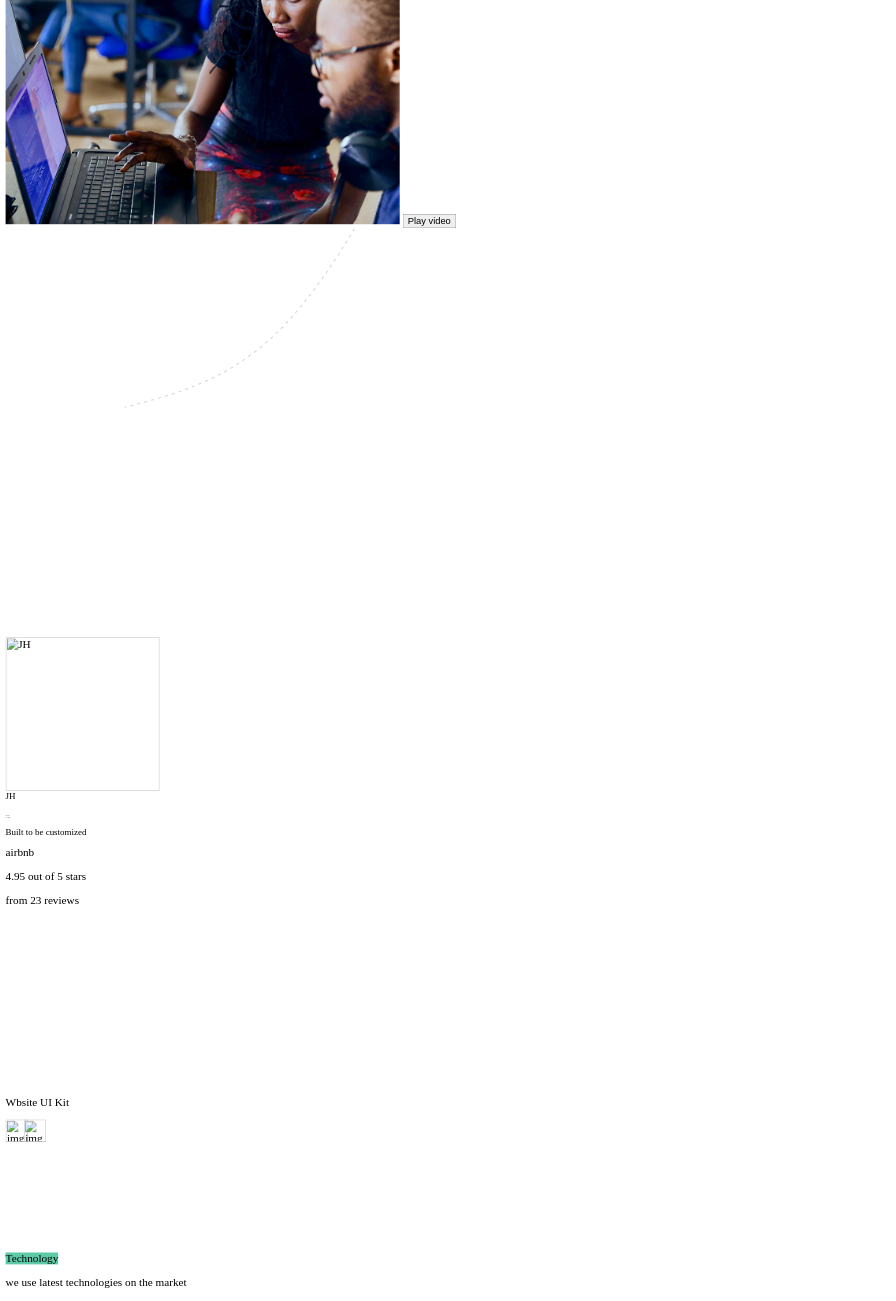
Repository: brandonc16/odoo-task
Page: components/hero.html
The author's editor kept a copy of each file at every save. The page is drawn from the files as they stood at one save, then again after the next save.
The browser window is 1280 px wide. The pictures show the part of the page from y = 1975 to 3895 px (the page is 3833 px tall before and 3895 px after), at 70% of full size.

Above is the page before, as saved 2026-03-16 03:01:56.

After the next save:
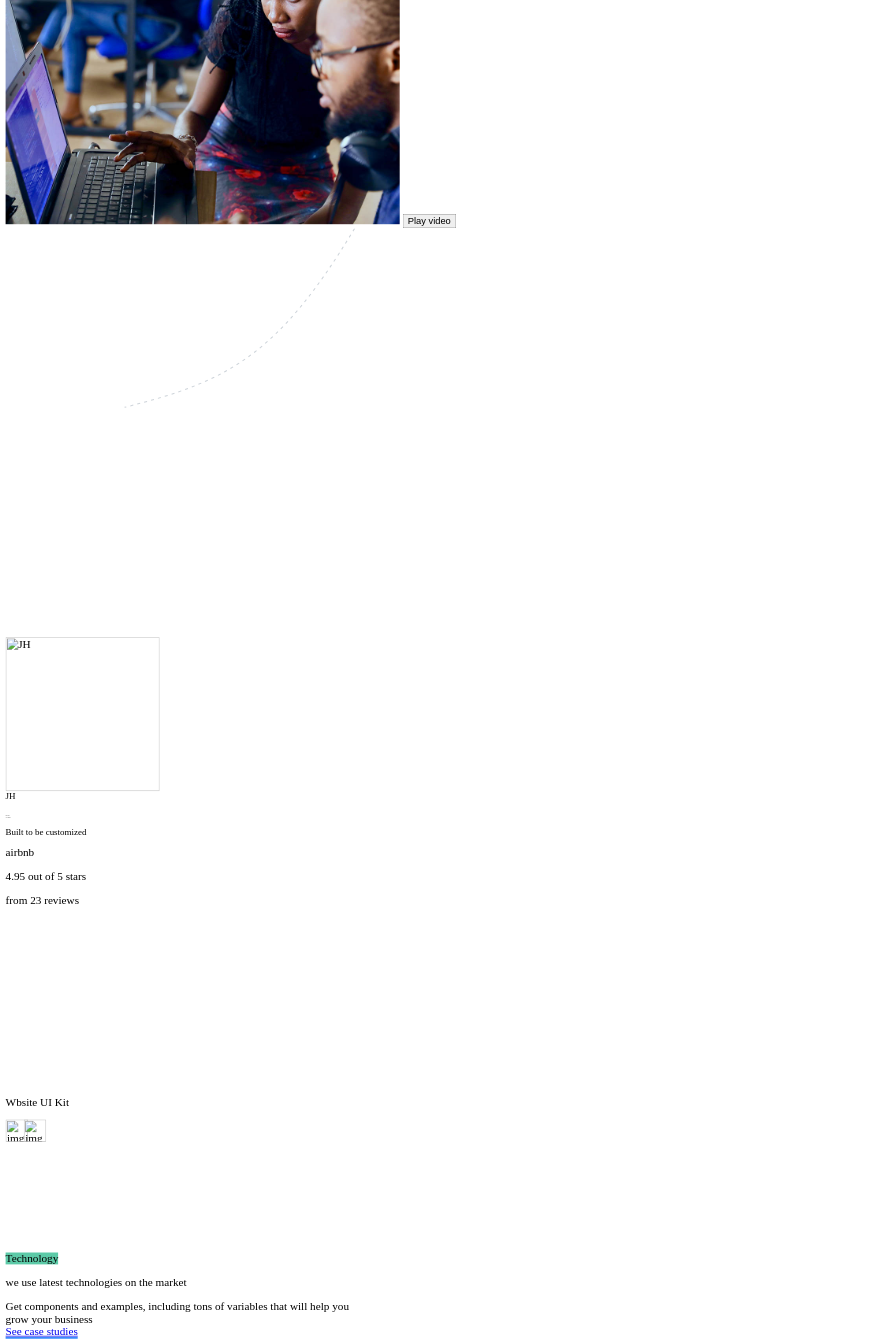
Saved 2 min 58 s later.
--- a/components/hero.html
+++ b/components/hero.html
@@ -453,9 +453,16 @@
         >
           Technology
         </span>
-        <p class="display-7 mb-4">
+        <p class="fs-4 mb-4">
           we use latest technologies on the market
         </p>
+
+        <p class="text-muted fs-5 mb-4"
+        style="max-width: 500px; margin: 0 auto 0 0">
+        Get components and examples, including tons of variables that will help you grow your business</p>
+        <a href="#"
+        class="text-primary text-decoration-none fw-medium pb-1"
+        style="border-bottom:2px solid #0d6efd">See case studies</a>
         </div>
       </div>
     </div>
